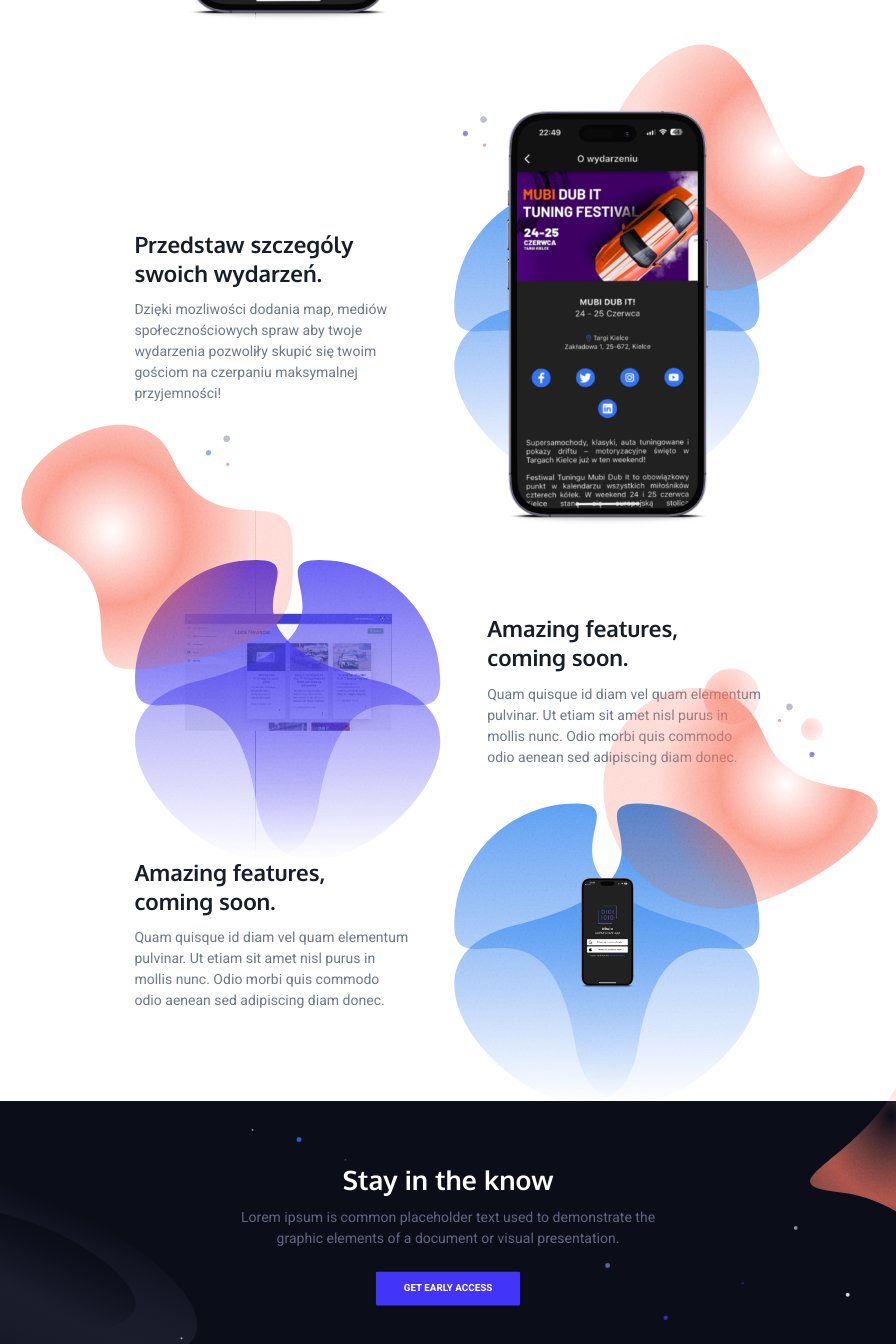
Repository: WieczorS/EventAppLandingPage
Page: index.html
These files come from the project's save history. The page is drawn as it stood at one moment and after the next save; the edit follows.
The browser window is 1280 px wide. The pictures show the part of the page from y = 1827 to 3747 px (the page is 3986 px tall), at 70% of full size.

Above is the page before, as saved 2023-07-03 23:04:30.

### index.html
<!DOCTYPE html>
<html lang="en" class="no-js">
<head>
    <meta charset="utf-8">
    <meta http-equiv="X-UA-Compatible" content="IE=edge">
    <meta name="viewport" content="width=device-width, initial-scale=1">
    <title>Venus Template</title>
    <link href="https://fonts.googleapis.com/css?family=Heebo:400,700|Oxygen:700" rel="stylesheet">
    <link rel="stylesheet" href="dist/css/style.css">
    <script src="https://unpkg.com/scrollreveal@4.0.5/dist/scrollreveal.min.js"></script>
</head>
<body class="is-boxed has-animations">
    <div class="body-wrap boxed-container">
        <header class="site-header text-light">
            <div class="container">
                <div class="site-header-inner">
                    <div class="brand header-brand">
                        <h1 class="m-0">
                            <a href="#">
								<img class="header-logo-image" src="dist/images/logo.svg" alt="Logo">
                            </a>
                        </h1>
                    </div>
                </div>
            </div>
        </header>

        <main>
            <section class="hero text-center text-light">
				<div class="hero-bg"></div>
				<div class="hero-particles-container">
					<canvas id="hero-particles"></canvas>
				</div>
                <div class="container-sm">
                    <div class="hero-inner">
						<div class="hero-copy">
	                        <h1 class="hero-title mt-0">Halfbit EventApp</h1>
	                        <p class="hero-paragraph">Łączymy wydarzenia, inspirujemy doświadczenia!</p>
	                        <!-- <div class="hero-cta">
								<a class="button button-primary button-wide-mobile" href="#">Get early access</a>
							</div> -->
						</div>
						<div class="mockup-container">
							<div class="mockup-bg">
								<img src="dist/images/iphone-hero-bg.svg" alt="iPhone illustration">
							</div>
							<img class="device-mockup" src="dist/images/mainmockup1.png" alt="iPhone Hero">
						</div>
                    </div>
                </div>
            </section>

			<section class="features-extended section">
                <div class="features-extended-inner section-inner">
					<div class="features-extended-wrap">
						<div class="container">
							<div class="feature-extended">
								<div class="feature-extended-image">
									<div class="mockup-bg">
										<img src="dist/images/iphone-feature-bg-01.svg" alt="iPhone Feature 01 illustration">
									</div>
									<img class="device-mockup is-revealing" src="dist/images/2.png" alt="iPhone Feature 01">
								</div>
								<div class="feature-extended-body is-revealing">
									<h3 class="mt-0 mb-16">Zarządzaj wydarzeniami bez stresu.</h3>
									<p class="m-0">Pozostań w kontakcie z uczestnikami twoich wydarzeń dzięki moliwości dodawaniu aktualności oraz opcji czatu tekstowego.</p>
								</div>
							</div>
							<div class="feature-extended">
								<div class="feature-extended-image">
									<div class="mockup-bg">
										<img src="dist/images/iphone-feature-bg-02.svg" alt="iPhone Feature 02 illustration">
									</div>
									<img class="device-mockup is-revealing" src="dist/images/3.png" alt="iPhone Feature 02">
								</div>
								<div class="feature-extended-body is-revealing">
									<h3 class="mt-0 mb-16">Przedstaw szczególy swoich wydarzeń.</h3>
									<p class="m-0">Dzięki mozliwości dodania map, mediów społecznościowych spraw aby twoje wydarzenia pozwoliły skupić się twoim gościom na czerpaniu maksymalnej przyjemności!</p>
								</div>
							</div>
							<div class="feature-extended">
								<div class="feature-extended-image">
									<div class="mockup-bg">
										<img src="dist/images/iphone-feature-bg-03.svg" alt="iPhone Feature 03 illustration">
									</div>
									<img src="dist/images/adminpanel.png" alt="iPhone Feature 03">
								</div>
								<div class="feature-extended-body is-revealing">
									<h3 class="mt-0 mb-16">Amazing features, coming soon.</h3>
									<p class="m-0">Quam quisque id diam vel quam elementum pulvinar. Ut etiam sit amet nisl purus in mollis nunc. Odio morbi quis commodo odio aenean sed adipiscing diam donec.</p>
								</div>
							</div>
							<div class="feature-extended">
								<div class="feature-extended-image">
									<div class="mockup-bg">
										<img src="dist/images/iphone-feature-bg-04.svg" alt="iPhone Feature 04 illustration">
									</div>
									<img class="device-mockup is-revealing" src="dist/images/dist/images/mockup1.png" alt="iPhone Feature 04">
								</div>
								<div class="feature-extended-body is-revealing">
									<h3 class="mt-0 mb-16">Amazing features, coming soon.</h3>
									<p class="m-0">Quam quisque id diam vel quam elementum pulvinar. Ut etiam sit amet nisl purus in mollis nunc. Odio morbi quis commodo odio aenean sed adipiscing diam donec.</p>
								</div>
							</div>
						</div>
					</div>
                </div>
            </section>
        </main>

		<footer class="site-footer">
			<div class="footer-particles-container">
				<canvas id="footer-particles"></canvas>
			</div>
			<div class="site-footer-top">
				<section class="cta section text-light">
					<div class="container-sm">
						<div class="cta-inner section-inner">
							<div class="cta-header text-center">
								<h2 class="section-title mt-0">Stay in the know</h2>
								<p class="section-paragraph">Lorem ipsum is common placeholder text used to demonstrate the graphic elements of a document or visual presentation.</p>
								<div class="cta-cta">
									<a class="button button-primary button-wide-mobile" href="#">Get early access</a>
								</div>
							</div>
						</div>
					</div>
				</section>
			</div>
			<div class="site-footer-bottom">
				<div class="container">
					<div class="site-footer-inner">
						<div class="brand footer-brand">
							<a href="#">
								<img src="dist/images/logo.svg" alt="Venus logo">
							</a>
						</div>
						<ul class="footer-links list-reset">
							<li>
								<a href="#">Contact</a>
							</li>
							<li>
								<a href="#">About us</a>
							</li>
							<li>
								<a href="#">FAQ's</a>
							</li>
							<li>
								<a href="#">Support</a>
							</li>
						</ul>
						<ul class="footer-social-links list-reset">
							<li>
								<a href="#">
									<span class="screen-reader-text">Facebook</span>
									<svg width="16" height="16" xmlns="http://www.w3.org/2000/svg">
										<path d="M6.023 16L6 9H3V6h3V4c0-2.7 1.672-4 4.08-4 1.153 0 2.144.086 2.433.124v2.821h-1.67c-1.31 0-1.563.623-1.563 1.536V6H13l-1 3H9.28v7H6.023z" fill="#FFF"/>
									</svg>
								</a>
							</li>
							<li>
								<a href="#">
									<span class="screen-reader-text">Twitter</span>
									<svg width="16" height="16" xmlns="http://www.w3.org/2000/svg">
										<path d="M16 3c-.6.3-1.2.4-1.9.5.7-.4 1.2-1 1.4-1.8-.6.4-1.3.6-2.1.8-.6-.6-1.5-1-2.4-1-1.7 0-3.2 1.5-3.2 3.3 0 .3 0 .5.1.7-2.7-.1-5.2-1.4-6.8-3.4-.3.5-.4 1-.4 1.7 0 1.1.6 2.1 1.5 2.7-.5 0-1-.2-1.5-.4C.7 7.7 1.8 9 3.3 9.3c-.3.1-.6.1-.9.1-.2 0-.4 0-.6-.1.4 1.3 1.6 2.3 3.1 2.3-1.1.9-2.5 1.4-4.1 1.4H0c1.5.9 3.2 1.5 5 1.5 6 0 9.3-5 9.3-9.3v-.4C15 4.3 15.6 3.7 16 3z" fill="#FFF"/>
									</svg>
								</a>
							</li>
							<li>
								<a href="#">
									<span class="screen-reader-text">Google</span>
									<svg width="16" height="16" xmlns="http://www.w3.org/2000/svg">
										<path d="M7.9 7v2.4H12c-.2 1-1.2 3-4 3-2.4 0-4.3-2-4.3-4.4 0-2.4 2-4.4 4.3-4.4 1.4 0 2.3.6 2.8 1.1l1.9-1.8C11.5 1.7 9.9 1 8 1 4.1 1 1 4.1 1 8s3.1 7 7 7c4 0 6.7-2.8 6.7-6.8 0-.5 0-.8-.1-1.2H7.9z" fill="#FFF"/>
									</svg>
								</a>
							</li>
						</ul>
						<div class="footer-copyright">&copy; 2018 Venus, all rights reserved</div>
					</div>
				</div>
			</div>
        </footer>
    </div>

    <script src="dist/js/main.min.js"></script>
</body>
</html>

Loaded but not shown: dist/css/style.css (library); dist/js/main.min.js (library)

After the next save:
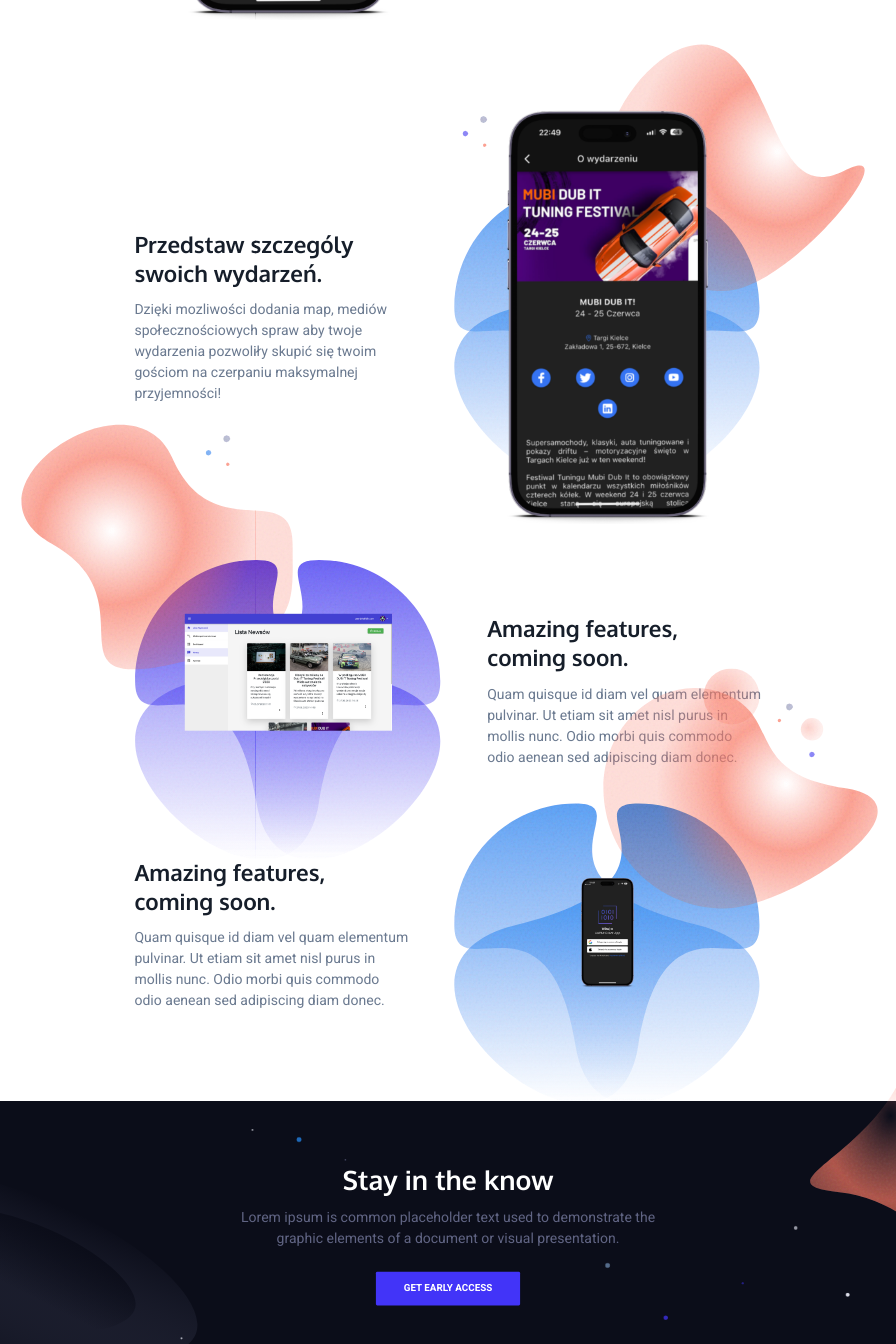
Saved 13 s later.
--- a/index.html
+++ b/index.html
@@ -83,7 +83,7 @@
 									<div class="mockup-bg">
 										<img src="dist/images/iphone-feature-bg-03.svg" alt="iPhone Feature 03 illustration">
 									</div>
-									<img src="dist/images/adminpanel.png" alt="iPhone Feature 03">
+									<img class="device-mockup is-revealing" src="dist/images/adminpanel.png" alt="iPhone Feature 03">
 								</div>
 								<div class="feature-extended-body is-revealing">
 									<h3 class="mt-0 mb-16">Amazing features, coming soon.</h3>
